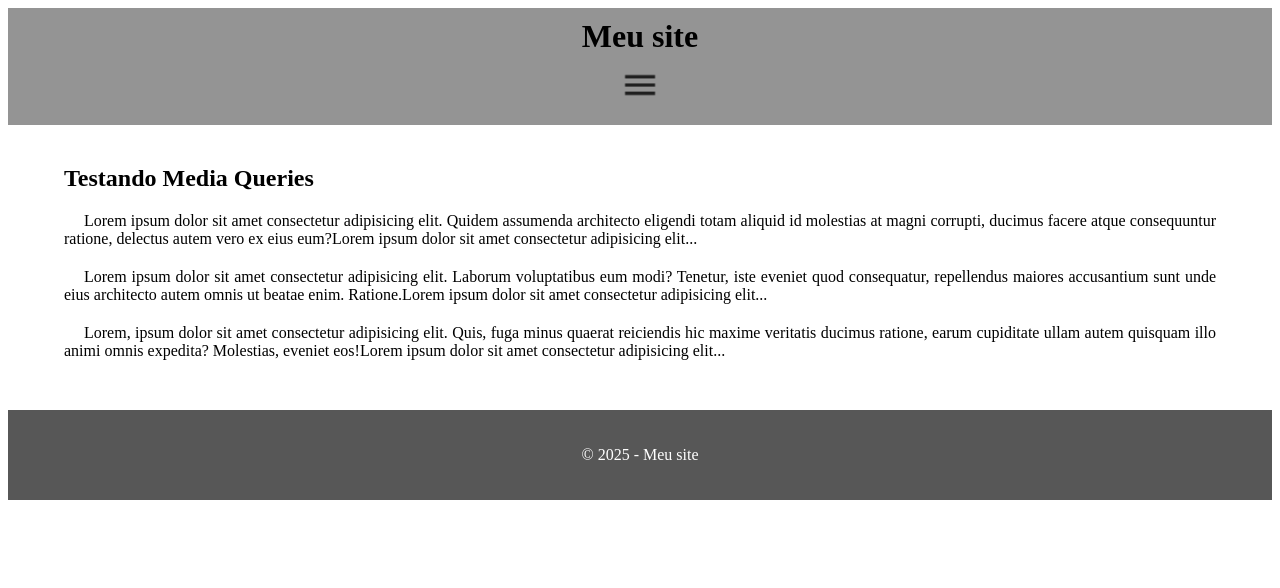
Repository: Sandro1969-tech/menu-hamburger
Page: index.html
The author's editor kept a copy of each file at every save. The page is drawn from the files as they stood at one save, then again after the next save.
The browser window is 1280 px wide. The pictures show the whole page.

Above is the page before, as saved 2025-12-26 15:33:35.
Console error: SyntaxError: Unexpected token ','

After the next save:
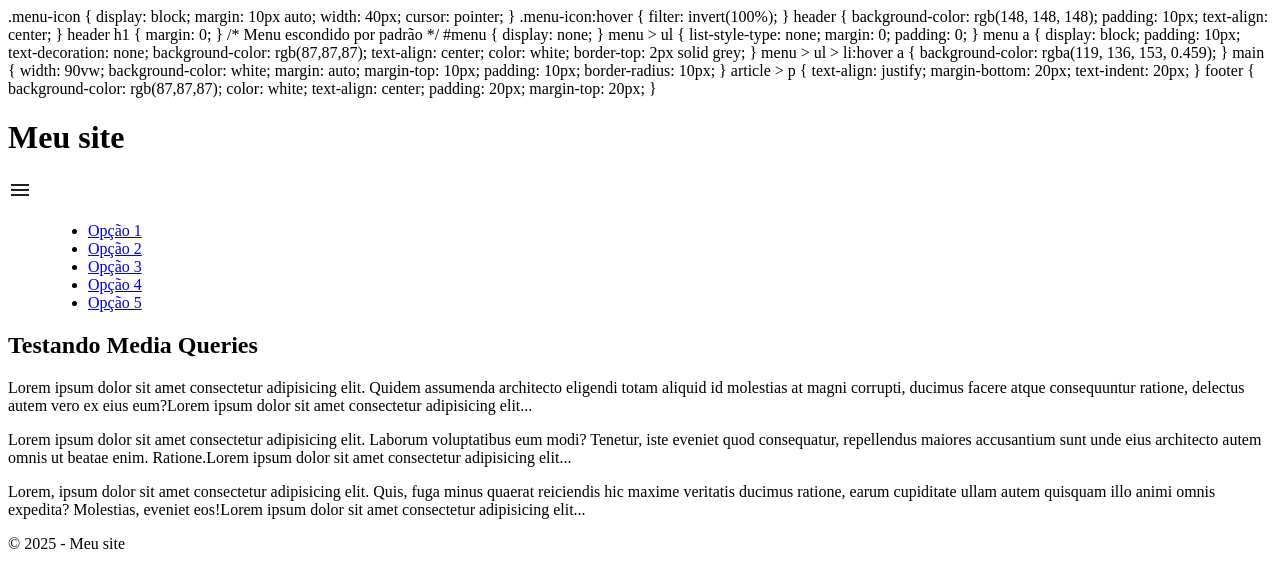
Saved 6 s later.
--- a/index.html
+++ b/index.html
@@ -5,7 +5,7 @@
   <meta name="viewport" content="width=device-width, initial-scale=1.0">
   <title>Media Queries</title>
   <link rel="stylesheet" href="query.css">
-
+  <link
   <style>
 
     .menu-icon {
